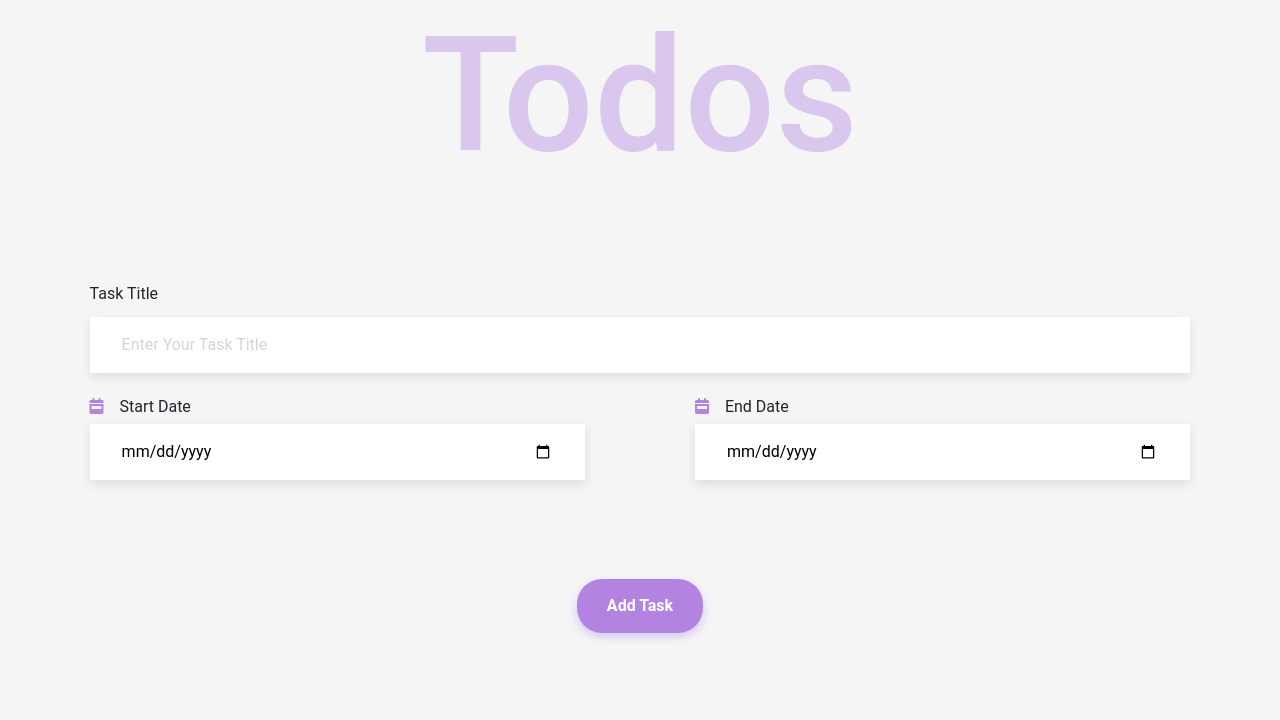
Repository: Surahailat/TypeScript
Page: Mini project 10-3/Project-TS.html
The author's editor kept a copy of each file at every save. The page is drawn from the files as they stood at one save, then again after the next save.
The browser window is 1280 px wide. The pictures show the whole page.

Above is the page before, as saved 2025-03-10 15:57:19.

### Mini project 10-3/Project-TS.html
<!DOCTYPE html>
<html lang="en">

<head>
    <meta charset="UTF-8">
    <meta name="viewport" content="width=device-width, initial-scale=1.0">
    <title>Document</title>
    <link href="https://cdnjs.cloudflare.com/ajax/libs/font-awesome/6.0.0-beta3/css/all.min.css" rel="stylesheet">
    <link href="https://cdn.jsdelivr.net/npm/bootstrap@5.3.3/dist/css/bootstrap.min.css" rel="stylesheet"
        integrity="sha384-QWTKZyjpPEjISv5WaRU9OFeRpok6YctnYmDr5pNlyT2bRjXh0JMhjY6hW+ALEwIH" crossorigin="anonymous">
    <style>
        * {
            box-sizing: border-box;
        }

        body {
            background-color: #f5f5f5;
            font-family: "roboto", sans-serif;
            margin: 0;
        }

        h1 {
            color: rgb(179, 131, 226);
            font-size: 10rem;
            text-align: center;
            opacity: 0.4;

        }

        .form {
            margin: 7%;
        }

        .input {
            width: 400px;
            max-width: 100%;
            box-shadow: 0px 4px 10px rgb(0, 0, 0, 0.1);
            margin: auto;
            margin-top: 1%;
            border: none;
            width: 100%;
            display: block;
            padding: 1rem 2rem;
            font-size: 1rem;
            margin-bottom: 2%;
        }

        .input::placeholder {
            color: #d5d5d5;

        }

        .date {
            display: flex;
            flex-direction: row;
            width: 100%;
            justify-content: space-between;
        }

        .form-group {
            width: 45%;
        }

        /* .AddTask {
            background-color: #b383e2;
            color: #d5d5d5;
            text-align: center;
            border: none;
            padding: 17px 34px;
        }*/

        .butt {
            text-align: center;
        }
        .AddTask {
            background-color: #b383e2; /* لون بنفسجي راقي */
            color: white;
            text-align: center;
            border: none;
            padding: 15px 30px;
            font-size: 16px;
            font-weight: bold;
            border-radius: 25px; /* يجعل الزر ناعماً */
            cursor: pointer;
            transition: all 0.3s ease-in-out;
            box-shadow: 0 4px 10px rgba(139, 92, 246, 0.3);
        }

        .AddTask:hover {
            background-color: #a56ae1; /* لون أغمق عند التمرير */
            box-shadow: 0 6px 15px rgba(124, 58, 237, 0.4);
            transform: scale(1.05);
        }

        .AddTask:active {
            background-color: #6d28d9;
            transform: scale(0.98);
        }
    </style>
</head>

<body>
    <h1>Todos</h1>
    <div class="form">
        <Label>Task Title</Label>
        <input type="text" class="input" placeholder="Enter Your Task Title " autocomplete="off" id="title">
        <div class="date">
            <div class="form-group">
                <Label><i class="fa-solid fa-calendar-week" style="color: #b383e2;"></i> &nbsp;&nbsp;&nbsp;Start
                    Date</Label>
                <input type="date" class="input" autocomplete="off" id="startDate">
            </div>
            <div class="form-group">
                <Label><i class="fa-solid fa-calendar-week" style="color: #b383e2;"></i>&nbsp;&nbsp;&nbsp; End
                    Date</Label>
                <input type="date" class="input" autocomplete="off" id="endDate">
            </div>
        </div>
    </div>
    <div class="butt">
        <button type="submit" class="AddTask" onclick="save(event)">Add Task</button>
    </div>
    <script src="https://cdn.jsdelivr.net/npm/bootstrap@5.3.3/dist/js/bootstrap.bundle.min.js"
        integrity="sha384-YvpcrYf0tY3lHB60NNkmXc5s9fDVZLESaAA55NDzOxhy9GkcIdslK1eN7N6jIeHz"
        crossorigin="anonymous"></script>
    <script src="Project-TS.js"></script>
</body>

</html>

Loaded but not shown: Mini project 10-3/Project-TS.js (no copy from this time; the picture is the same without it)

After the next save:
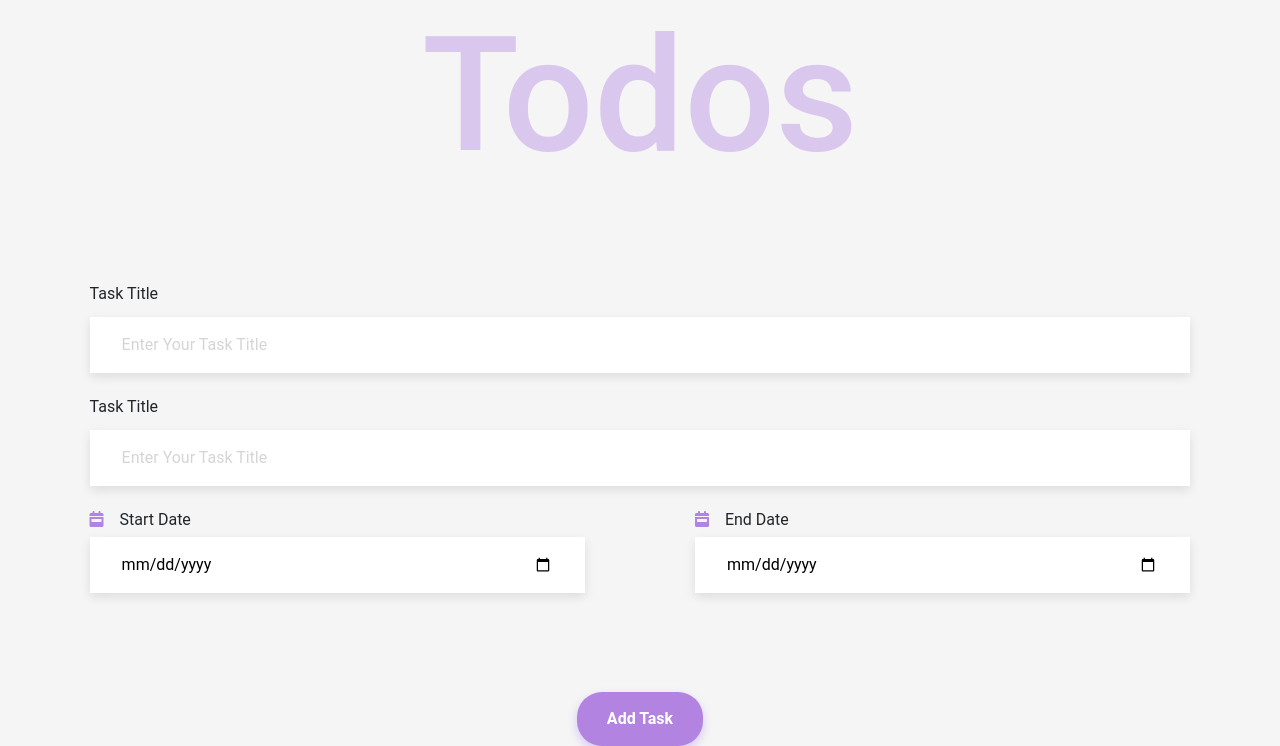
Saved 36 s later.
--- a/Mini project 10-3/Project-TS.html
+++ b/Mini project 10-3/Project-TS.html
@@ -104,6 +104,8 @@
     <div class="form">
         <Label>Task Title</Label>
         <input type="text" class="input" placeholder="Enter Your Task Title " autocomplete="off" id="title">
+        <Label>Task Title</Label>
+        <input type="text" class="input" placeholder="Enter Your Task Title " autocomplete="off" id="title">
         <div class="date">
             <div class="form-group">
                 <Label><i class="fa-solid fa-calendar-week" style="color: #b383e2;"></i> &nbsp;&nbsp;&nbsp;Start
